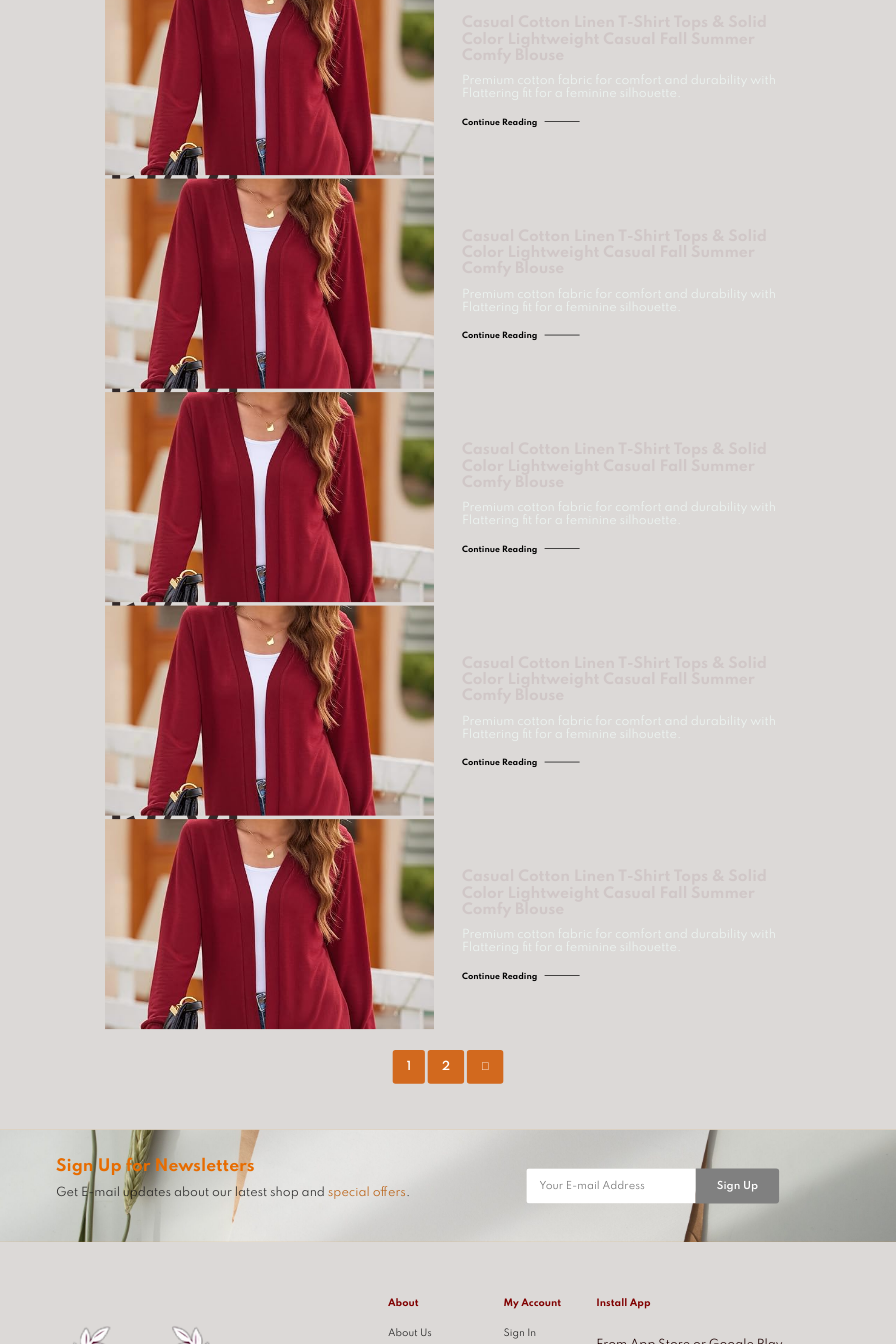
Repository: JhananiNallasamy/ECommerce-website-deployment
Page: blog.html
These files come from the project's save history. The page is drawn as it stood at one moment and after a run of saves; the edit follows.
The browser window is 1280 px wide. The pictures show the part of the page from y = 633 to 2553 px (the page is 3148 px tall before and 3598 px after), at 70% of full size.
Some web libraries are served in a nearby version.

Above is the page before, as saved 2024-05-05 10:23:39.

### blog.html
<!DOCTYPE html>
<html lang="en">
<head>
    <meta charset="UTF-8">
    <meta name="viewport" content="width=device-width, initial-scale=1.0">
    <title>E-COMMERCE WEBSITE</title>
    <link rel="stylesheet" href="https://pro.fontawesome.com/releases/v5.10.0/css/all.css"/>
    <link rel="stylesheet" href="style.css">
</head>

<body style="background-color: rgba(157, 149, 144, 0.353);">
    <section id="header">
        <a href="#"> <img src="img/logo.png" height="80px", width="90px" class="logo" alt="logo"> </a>

        <div>
            <ul id="navbar">
                <li><a href="index.html">Home</a></li>
                <li><a>Shop</a></li>
                <li><a class="active" href="blog.html">Blog</a></li>
                <li><a href="about.html">About</a></li>
                <li><a href="contact.html">Contact</a></li>
                <li id="lg-bag"><a href="cart.html"><i class="far fa-shopping-bag"></i></a></li>
                <a href="#" id="close"><i class="far fa-times"></i></a>
            </ul>
        </div>
        <div id="mobile">
            <a href="cart.html"><i class="far fa-shopping-bag"></i></a>
            <i id="bar" class="fas fa-outdent"></i>
        </div>
    </section>

    <!--nav bar code at top is over -->

    <section id="page-header" class="blog-header">

        <h2 style="color: #eca704ec">Fashion Fusion E-Logs</h2>
        <p style="color: #181100; font-weight: bold;">Uncover the stories behind our products through captivating case studies!</p><br>
    </section>

    <section id="blog">
        <div class="blog-box">
            <div class="blog-img">
                <img src="img/blog/f9a.png" alt="f9a in blog">
            </div>
            <div class="blog-details">
            <h4> Casual Cotton Linen T-Shirt Tops & Solid Color Lightweight Casual Fall Summer Comfy Blouse </h4>
            <p>Premium cotton fabric for comfort and durability with Flattering fit for a feminine silhouette.</p>
            <a href="#"> Continue Reading </a>
            </div>
            <h1>13/01</h1>
        </div>
        <div class="blog-box">
            <div class="blog-img">
                <img src="img/blog/f9a.png" alt="f9a in blog">
            </div>
            <div class="blog-details">
            <h4> Casual Cotton Linen T-Shirt Tops & Solid Color Lightweight Casual Fall Summer Comfy Blouse </h4>
            <p>Premium cotton fabric for comfort and durability with Flattering fit for a feminine silhouette.</p>
            <a href="#"> Continue Reading </a>
            </div>
            <h1>13/01</h1>
        </div>
        <div class="blog-box">
            <div class="blog-img">
                <img src="img/blog/f9a.png" alt="f9a in blog">
            </div>
            <div class="blog-details">
            <h4> Casual Cotton Linen T-Shirt Tops & Solid Color Lightweight Casual Fall Summer Comfy Blouse </h4>
            <p>Premium cotton fabric for comfort and durability with Flattering fit for a feminine silhouette.</p>
            <a href="#"> Continue Reading </a>
            </div>
            <h1>13/01</h1>
        </div>
        <div class="blog-box">
            <div class="blog-img">
                <img src="img/blog/f9a.png" alt="f9a in blog">
            </div>
            <div class="blog-details">
            <h4> Casual Cotton Linen T-Shirt Tops & Solid Color Lightweight Casual Fall Summer Comfy Blouse </h4>
            <p>Premium cotton fabric for comfort and durability with Flattering fit for a feminine silhouette.</p>
            <a href="#"> Continue Reading </a>
            </div>
            <h1>13/01</h1>
        </div>
        <div class="blog-box">
            <div class="blog-img">
                <img src="img/blog/f9a.png" alt="f9a in blog">
            </div>
            <div class="blog-details">
            <h4> Casual Cotton Linen T-Shirt Tops & Solid Color Lightweight Casual Fall Summer Comfy Blouse </h4>
            <p>Premium cotton fabric for comfort and durability with Flattering fit for a feminine silhouette.</p>
            <a href="#"> Continue Reading </a>
            </div>
            <h1>13/01</h1>
        </div>



    </section>
        <section id="pagination" class="section-p1">
        <a href="#">1</a>
        <a href="#">2</a>
        <a href="#"><i class="fal fa-long-arrow-alt-right"></i></a>
        </section>


    <section id="newsletter" class="section-p1 section-m1">
        <div class="newstext">
            <h4>Sign Up for Newsletters</h4>
            <p>Get E-mail updates about our latest shop and <span>special offers</span>.</p>
        </div>
        <div class="form">
            <input type="text" placeholder="Your E-mail Address">
            <button class="normal">Sign Up</button>
        </div>
    </section>

    <footer class="section-p1">
        <div class="col">
            <img class="logo" src="img/logo.png" alt="logo image">
            <h4 style="color: maroon;">Contact</h4>
            <p style="color: maroon;"><strong>Address:</strong>103 Washington Road,Street32,SanFransico</p>
            <p style="color: maroon;"><strong>Phone:</strong>(+91) 78936 41730</p>
            <p style="color: maroon;"><strong>Hours:</strong>24 hrs,Mon-Sun</p>
            <div class="follow">
                <h4 style="color: rgb(32, 2, 2);">Follow Us</h4>
                <div class="icon">
                    <i class="fab fa-facebook-f"></i>
                    <i class="fab fa-twitter"></i>
                    <i class="fab fa-instagram"></i>
                    <i class="fab fa-pinterest-p"></i>
                    <i class="fab fa-youtube"></i>
                </div>
            </div>
        </div>
        <div class="col">
            <h4 style="color: maroon;">About</h4>
            <a href="#">About Us</a>
            <a href="#">Delivery Information</a>
            <a href="#">Privacy Policy</a>
            <a href="#">Terms & Conditions</a>
            <a href="#">Contact Us</a>
        </div>
        <div class="col">
            <h4 style="color: maroon;">My Account</h4>
            <a href="#">Sign In</a>
            <a href="#">View Cart</a>
            <a href="#">My Wishlist</a>
            <a href="#">Track My Order</a>
            <a href="#">Help</a>
        </div>
        <div class="col install">
            <h4 style="color: maroon;">Install App</h4>
            <p style="color: rgb(29, 2, 2);">From App Store or Google Play</p>
            <div class="row">
                <img src="img/pay/app.jpg" alt="app img in pay folder">
                <img src="img/pay/play.jpg" alt="play img in pay folder">
            </div>
            <p style="color: rgb(30, 2, 2);">Secured Payment Gateways</p>
            <img src="img/pay/pay.png"  alt="pay img inside pay folder">
        </div>
            <div class="copyright">
                <p style="color: rgb(14, 1, 1);">© 2025, Jhanani - HTML CSS Ecommerce Template</p>
            </div>
        </footer>


    <script src="script.js"></script>

</body>
</html>

### style.css
@import url('https://fonts.googleapis.com/css2?family=Spartan:wght@100;200;300;400;500;600;700;800;900&display=swap');
* {
    margin: 0;
    padding: 0;
    box-sizing: border-box;
    font-family: 'Spartan', sans-serif;
}
h1 {
    font-size: 50px;
    line-height: 64px;
    color: #222;
}
h2 {
    font-size: 46px;
    line-height: 54px;
    color: #e3b6b6;
}
h4 {
    font-size: 20px;
    color: #d0c7c7;
}
h6 {
    font-weight: 700;
    font-size: 12px;
}
p {
    font-size: 16px;
    color: #edf5f2;
    margin: 15px 0 20px 0;
}
.section-p1 {
    padding: 40px 80px;
}
.section-m1 {
    margin: 40px 0;
}
button.normal{
    font-size: 14px;
    font-weight: 600;
    padding: 15px 30px;
    color:#000;
    background-color: #fff;
    border-radius: 4px;
    cursor: pointer;
    border: none;
    outline: none;
    transition: 0.2s ease;
}
button.white{
    font-size: 13px;
    font-weight: 600;
    padding: 11px 18px;
    color:#fff;
    background-color: transparent;
    cursor: pointer;
    border: 1px solid white;
    outline: none;
    transition: 0.2s ease;
}
body{
    width: 100%
}


/* Header Start */
#header{
    display: flex;
    align-items:center ;
    justify-content: space-between;
    padding: 30px 40px;
    background: #4b041a;
    width: 100%;
    box-shadow: 0 5px 15px rgba(0, 0, 0, 0.06);
    z-index: 999;
    position:sticky;
    top: 0;
    left: 0;
}

#navbar {
    display: flex;
    align-items: center;
    justify-content: center;
    border-radius: 20px;
    margin-top: 10px;
}

#navbar li{
    /* this is the parent class for navbar list and we give relative position here and absolute position in the "navbar li a:hover::after" */
    /* here we remove the bullet points in the list by giving list style as none */

    list-style: none;
    padding: 0 20px;
    position: relative;
}

#navbar li a{
    /* here we make transition smooth */
    /* here we remove the underline for every ahref in navbar by giving text-decoration as none */
    text-decoration: none;
    font-size: 16px;
    font-weight: 600;
    color: #efe8ea;
    transition: 0.3s ease;
}
#navbar li a:hover,
#navbar li a.active {
    color: #c47d94
    /* here we have made the home option in the index.html as pink all the time...we give section id="active" for this */
}


#navbar li a.active::after,
#navbar li a:hover::after {
    /* the options in header are underlined and become pink colour when you hover over it */
    /* whenever you give a pseudoclass active you have to give content:"" */
    /* this is the child class of navbar li and position is given absolute  */
    content: "";
    width: 30%;
    height: 2px;
    background: #bda6ad;
    position: absolute;
    bottom: -4px;
    left: 20px;
}
#mobile {
    display: none;
    align-items:center;
}
#close{
    display: none;
}
/* <!--nav bar code at top is over --> */

/* Home Page */
#hero{
    background-color: #817c7c;
    background-image:url("img/hero4.avif");
    /* so now the image of ther hero is not entirely visible..only head of the hero is visible..so we had height and width*/
    height: 90vh;
    width: 100%;
    background-size: cover;
    background-position: top 25% right 0;
    padding: 0 80px;
    display: flex;
    flex-direction: column;
    align-items: flex-start;
    justify-content: center;
    /* now the full image is visible in the screen */
    /* but since the image is not visible in the centre  */
}

#hero h4{
    padding-bottom: 15px;
}
#hero h1{
    color:rgb(166, 194, 219);
}
.glow-on-hover {
    width: 220px;
    height: 50px;
    border: none;
    outline: none;
    color: #fff;
    background: #111;
    cursor: pointer;
    position: relative;
    z-index: 0;
    border-radius: 10px;
}

.glow-on-hover:before {
    content: '';
    background: linear-gradient(45deg, #ff0000, #ff7300, #fffb00, #48ff00, #00ffd5, #002bff, #7a00ff, #ff00c8, #ff0000);
    position: absolute;
    top: -2px;
    left:-2px;
    background-size: 400%;
    z-index: -1;
    filter: blur(5px);
    width: calc(100% + 4px);
    height: calc(100% + 4px);
    animation: glowing 20s linear infinite;
    opacity: 0;
    transition: opacity .3s ease-in-out;
    border-radius: 10px;
}

.glow-on-hover:active {
    color: #000
}

.glow-on-hover:active:after {
    background: transparent;
}

.glow-on-hover:hover:before {
    opacity: 1;
}

.glow-on-hover:after {
    z-index: -1;
    content: '';
    position: absolute;
    width: 100%;
    height: 100%;
    background: #111;
    left: 0;
    top: 0;
    border-radius: 10px;
}

@keyframes glowing {
    0% { background-position: 0 0; }
    50% { background-position: 400% 0; }
    100% { background-position: 0 0; }
}
#feature {
    display: flex;
    align-items: center;
    justify-content: space-between;
    flex-wrap: wrap;

}
#feature .fe-box{
    width: 180px;
    text-align: center;
    padding: 25px 5px;
    box-shadow:20px 20px 34px rgba(0, 0, 0, 0.03);
    border: 1px solid #cce7d0;
    border-radius: 4px;
    margin: 15px 0;
}

#feature .fe-box.fe-box:hover {
    box-shadow: 10px 10px 54px rgba(7, 3, 71, 0.1);
}

#feature .fe-box img {
    width: 100%;
    margin-bottom: 10px;
}
#feature .fe-box h6{
    display: inline-block;
    padding: 9px 8px 6px 8px;
    line-height: 1;
    border-radius: 4px;
    color:white;
    background-color: #c47d94;

}
#feature .fe-box:nth-child(1) h6{
    background-color:#130b3597;
}
#feature .fe-box:nth-child(2) h6{
    background-color:#07021a;
}
#feature .fe-box:nth-child(3) h6{
    background-color:#034009;
}
#feature .fe-box:nth-child(4) h6{
    background-color:#091462;
}
#feature .fe-box:nth-child(5) h6{
    background-color:#0648d6e1;
}
#feature .fe-box:nth-child(6) h6{
    background-color:#5b37df;
}
.pro {
    position: relative;
    overflow: hidden;
}

.pro:hover img {
    transform: scale(1.2);
    transition: transform 0.4s ease;
}

#product1{
    text-align: center;
}
#product1 .pro-container {
    display: flex;
    justify-content: space-between;
    padding-top: 20px;
    flex-wrap: wrap;
}

#product1 .pro{
    width: 23%;
    min-width: 250px;
    padding: 10px 12px;
    border: 1px solid #cce7d0;
    border-radius: 25px;
    cursor: pointer;
    box-shadow: 20px 20px 30px rgba(0, 0, 0, 0.02);
    margin: 15px 0;
    transition: 0.2s ease;
    position: relative;
}
#product1 .pro:hover{
    box-shadow: 20px 20px 30px rgba(0, 0, 0, 0.06);


}
#product1 .pro img {
    width: 100%;
    border-radius: 20px;
}
#product1 .pro .des{
    text-align: start;
    padding: 10px 0;
}
#product1 .pro .des span{
    color: #060603;
    font-size: 12px;
}
#product1 .pro .des h5{
    padding-top: 7px;
    color: #1a1a1a;
    font-size: 14px;
}
#product1 .pro .des i{
    font-size: 12px;
    color: rgb(240,181,25);
}

#product1 .pro .des h4{
    padding-top: 7px;
    font-size: 15px;
    font-weight: 700;
    color: #088178;
}
#product1 .pro .cart {
    width: 40px;
    height: 40px;
    line-height: 40px;
    border-radius: 50px;
    background-color: #e8f6ea;
    font-weight: 500;
    color: #088178;
    border: 1px solid #cce7d0;
    position: absolute;
    bottom: 20px;
    right: 20px;
}
#banner{
    display: flex;
    flex-direction: column;
    justify-content: center;
    align-items: center;
    text-align: center;
    background-image: url("img/banner/b2.png");
    width: 100%;
    height: 40vh;
    background-size: cover;
    background-position: center;
}
#banner h4 {
    color: #fff;
    font-size: 16px;
}
#banner h2{
    color: #fff;
    font-size: 30px;
    padding: 10px 0;
}
#banner h2 span{
    color: #7e0707;
}
#banner button:hover {
    background: #fe039a;
    color: #fff;
}
#sm-banner .banner-box{
    display: flex;
    flex-direction: column;
    justify-content: center;
    align-items: flex-start;
    background-image: url("img/banner/b17.png");
    min-width: 580px;
    height: 50vh;
    background-size: cover;
    background-position: center;
    padding: 30px;
}
#sm-banner .banner-box2{
    background-image: url("img/banner/b10.png");
}
#sm-banner{
    display: flex;
    justify-content: space-between;
    flex-wrap: wrap;
}
#sm-banner h4{
    font-size: 20px;
    font-weight: 300;
}
#sm-banner h2{
    font-size: 28px;
    font-weight: 800;
}
#sm-banner span{
    font-size: 14px;
    font-weight: 500;
    padding-bottom: 15px;
}
#sm-banner .banner-box:hover button{
    background: #041615;
    color: white;
    border: 1px solid black;
}
#banner3{
    display: flex;
    justify-content: space-between;
    flex-wrap: wrap;
    padding: 0 80px;
}

#banner3 .banner-box {
    display: flex;
    flex-direction: column;
    justify-content: center;
    align-items: flex-start;
    background-image: url("img/banner/b7.png");
    min-width: 30%;
    height: 30vh;
    background-size:cover;
    background-position: center;
    padding: 20px;
    margin-bottom:20px;
}
#banner3 .banner-box2 {
    background-image: url("img/banner/b4.jpg");
}
#banner3 .banner-box3 {
    background-image: url("img/banner/b18.png");
}
#banner3 h2 {
    font-weight: 900;
    font-size: 30px;
}
#banner3 h3 {
    font-weight: 800;
    font-size: 30px;
}
#newsletter {
    display: flex;
    justify-content: space-between;
    flex-wrap: wrap;
    align-items: center;
    background-image: url("img/banner/b14.jpg");
    background-repeat: no-repeat;
    background-size: cover;
    background-position: 40% 60%;
    background-color: rgb(230, 143, 13) ;
}
#newsletter h4 {
    font-size: 22px;
    font-weight: 700px;
    color: rgb(231, 108, 0);
}
#newsletter p {
    color: rgba(22, 21, 21, 0.867) ;
}
#newsletter p span {
    color: hsl(28, 78%, 41%);
}
#newsletter .form{
    display: flex;
    width: 40%;
}
#newsletter input{
    height: 3.125rem;
    padding: 0 1.25em;
    font-size: 14px;
    width: 100;
    border: 1px solid transparent;
    border-radius: 4px;
    outline: none;
    border-top-right-radius: 0;
    border-bottom-right-radius: 0;
}
#newsletter button{
    background-color:grey;
    color: white;
    white-space: nowrap;
    border-top-left-radius: 0;
    border-bottom-left-radius: 0;
}
footer{
    display: flex;
    flex-wrap: wrap;
    justify-content: space-between;
}
footer .col {
    display: flex;
    flex-direction: column;
    align-items: flex-start;
    margin-bottom: 20px;
}
footer .logo {
    margin-bottom: 30px;
}
footer h4 {
    font-size: 14px;
    padding-bottom: 20px;
}
footer h4 {
    font-size: 13px;
    margin: 0 0 8px 0;
}
footer a {
    font-size: 13px;
    text-decoration: none;
    color:#222;
    margin-bottom: 10px;
}
footer .follow {
    color:#465b52;
    padding-right: 4px;
    cursor:pointer;
}
footer .install .row img {
    border: 1px solid rgb(230, 143, 13);
    border-radius: 6px;
}
footer .install img{
    margin: 10px 0 15px 0;
}
footer .follow i:hover,
footer a:hover{
    color:#d61010;
}
footer .copyright{
    width: 100%;
    text-align: center;
}

/* Shop Page */
#page-header{
    background-image: url("img/banner/b1.jpg");
    width: 100%;
    height: 40vh;
    background-size:cover;
    display: flex;
    justify-content: center;
    text-align: center;
    flex-direction: column;
    padding: 14px;
}

#page-header h2 {
    color: sandybrown;
}
#page-header p{
    color: rgb(222, 220, 217);
}
#pagination{
    text-align: center;
}
#pagination a{
    text-decoration: none;
    background-color:chocolate;
    padding: 15px 20px;
    border-radius: 4px;
    color: #fff;
    font-weight: 600;
}
#pagination a i{
    font-size: 16px;
    font-weight:600;
}

/* Single Product */
#prodetails {
    display: flex;
    margin-top: 20px;
}
#prodetails .single-pro-image {
    width: 40%;
    margin-right:50px;
}
.small-img-group{
    display: flex;
    justify-content: space-between;
}
.small-img-col{
    flex-basis: 24%;
    cursor: pointer;
}
#prodetails .single-pro-details {
    width: 50%;
    padding-top: 30px;
}
#prodetails .single-pro-details h4{
    padding: 40px 0 20px 0;
}
#prodetails .single-pro-details h2{
    font-size: 26px;
}
#prodetails .single-pro-details select{
    display:block;
    padding: 5px 10px;
    margin-bottom: 10px;
}
#prodetails .single-pro-details input{
    width: 50px;
    height: 47px;
    padding-left: 10px;
    font-size: 16px;
    margin-right: 10px;
}
#prodetails .single-pro-details input:focus{
    outline: none;
}
#prodetails .single-pro-details span{
    line-height: 25px;
}
#prodetails .single-pro-details button {
    background:hsl(28, 78%, 41%);
    color: white;
}


/* Blog Page */
#page-header.blog-header{
    background-image: url("img/banner/b19.jpg");
}
#blog{
    padding: 150px 150px 0 150px;
}
#blog .blog-box {
    display: flex;
    align-items: center;
    width: 100%;
    position: relative;
    padding-bottom:90
}
#blog .blog-img {
    width: 50%;
    margin-right: 40px;
}
#blog img {
    width:100%;
    height: 300px;
    object-fit: cover;
}
#blog .blog-details {
    width: 50%;
}
#blog .blog-details a{
    text-decoration: none;
    font-size: 11px;
    color: #000;
    font-weight: 700;
    position: relative;
    transition: 0.3s;
}
#blog .blog-details a::after{
    /* this one is for creating the line */
    content: "";
    width: 50px;
    height: 1px;
    background-color: #000;
    position: absolute;
    top: 4px;
    right: -60px;
}
#blog .blog-details a:hover{
    color: maroon;
}
#blog .blog-details a:hover::after{
    background-color: maroon;
}
#blog .blog-box h1{
    position: absolute;
    top: -40px;
    left: 0;
    font-size: 70px;
    font-weight: 700;
    color: rgb(50, 40, 40);
    /* z-index: -9;  is used to place something behind another element */
    z-index: -9;
}


























/* Start Media Query */
@media (max-width:799px) {
    .section-p1{
        padding: 40px 40px;
    }
    #navbar {
        display: flex;
        flex-direction: column;
        align-items: center;
        justify-content: center;
        position: fixed;
        top: 0;
        right: -300px;
        height: 100vh;
        width: 300px;
        background-color: white;
        box-shadow: 0 40px 60px rgba(0, 0, 0, 0.1);
        padding: 80px 0 0 10px;
        transition: 0.3s;
    }
    #navbar.active {
        right: 0px;
    }
    #navbar li{
        margin-bottom: 25px;

    }
    #mobile {
    display: flex;
    align-items:center;
    }
    #mobile {
        color: #1a1a1a;
        font-size: 24px;
        padding-left: 20px;
        }
        #close{
          display: initial;
          position:absolute;
          top: 30px;
          left: 30px;
          color: #222;
          font-size: 24px;
        }
        #lg-bag{
            display: none;
        }
        #hero{
            height: 70vh;
            padding: 0 80px;
            background-position: top 30% right 30%;
        }
        #feature{
            justify-content: center;
        }
        #feature .fe-box{
            margin: 15px 15px;
        }
        #product1 .pro-container{
            justify-content: center;
        }
        #product1 .pro{
            margin: 15px;
        }
        #banner{
            height: 20vh;
        }
        #sm-banner .banner-box{
            min-width: 100%;
            height: 30vh;
        }
        #banner3 {
            padding: 0 40px;
        }
        #banner3 .banner-box{
            width: 28%;
        }
        #newsletter .form{
            width: 70%;
        }
}

@media (max-width: 477px){
    .section-p1{
        padding: 10px 30px;
    }
    #header{
        padding: 10px 30px;
    }
    h1{
        font-size: 38px;
    }
    h2{
        font-size: 32px;
    }
    #hero{
        padding: 0 20px;
        background-position: 55%;
    }
    #feature {
        justify-content: space-between;
    }
    #feature .fe-box{
        width: 155px;
        margin: 0 0 15px 0;
    }
    #product1 .pro{
        width: 100%;
    }
    #banner {
        height: 40vh;
    }
    #sm-banner .banner-box{
        height: 40vh;
    }
    #sm-banner .banner-box2{
        margin-top: 20px;
    }
    #banner3{
        padding: 0 20px;
    }
    #banner3 .banner-box {
        width: 100%;
    }
    #newsletter {
        padding: 40px 20px;
    }
    #newsletter .form{
        width: 100%;
    }
    footer .copyright{
        text-align:start;
    }
    /* Single Product */
    #prodetails {
        display: flex;
        flex-direction: column;
    }
    #prodetails .single-pro-image {
        width: 100%;
        margin-right: 0px;
    }
    #prodetails .single-pro-details {
        width: 100%;
    }
}

Loaded but not shown: script.js (17 lines, source omitted)

After the next 2 saves:
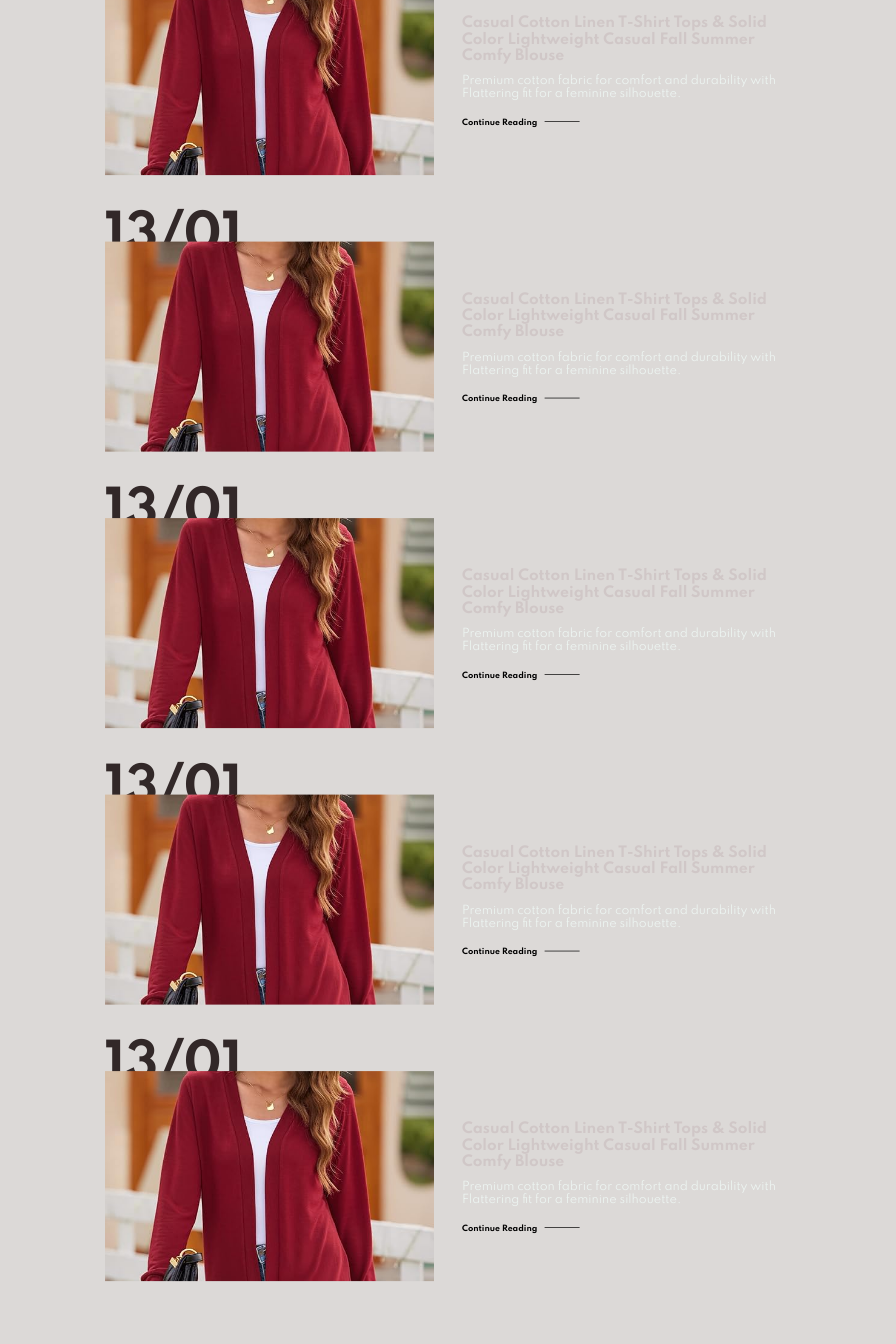
The 2 saves are shown as one change because they came seconds apart.
The last was saved 5 s later.
--- a/style.css
+++ b/style.css
@@ -636,7 +636,7 @@ footer .copyright{
     align-items: center;
     width: 100%;
     position: relative;
-    padding-bottom:90
+    padding-bottom: 90px;
 }
 #blog .blog-img {
     width: 50%;
